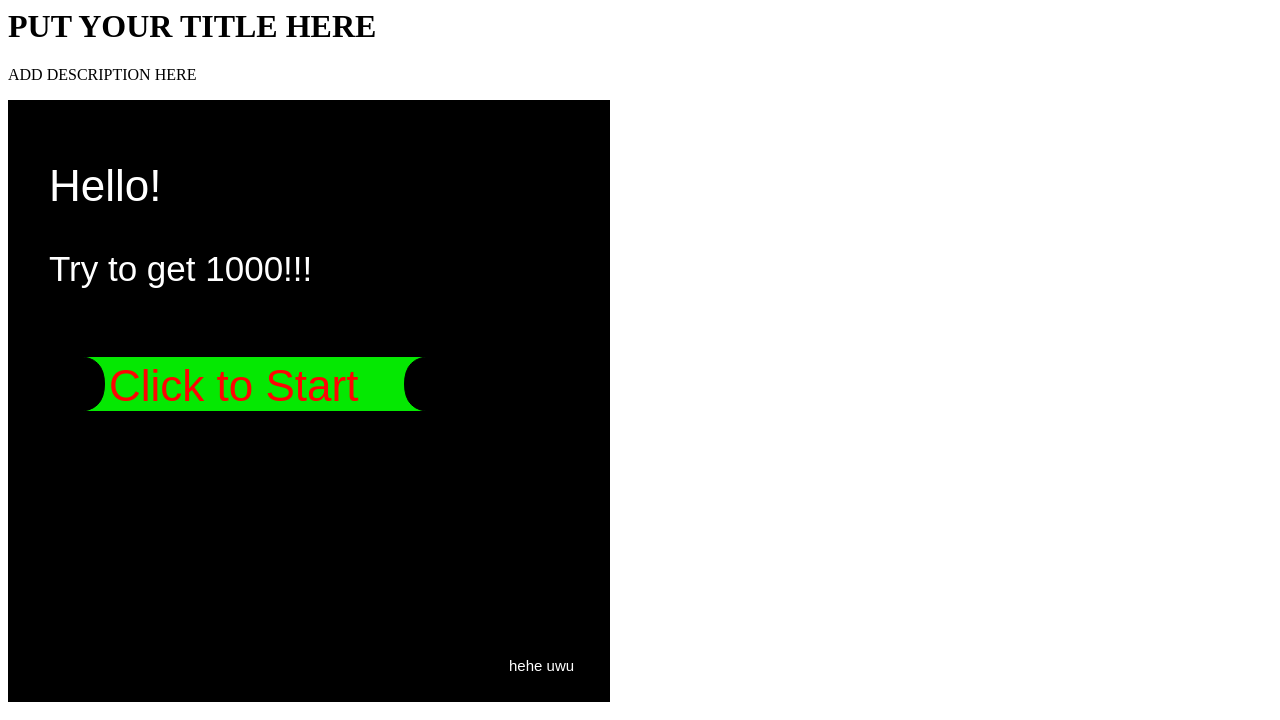
Repository: XiadaniSoriano/XiadaniSoriano.github.io
Page: ballgame.html
The author's editor kept a record of every edit. The page is drawn from the files as they stood at one moment, then again after the next edit.
The browser window is 1280 px wide. The pictures show the whole page.

Above is the page before.

After the next edit:
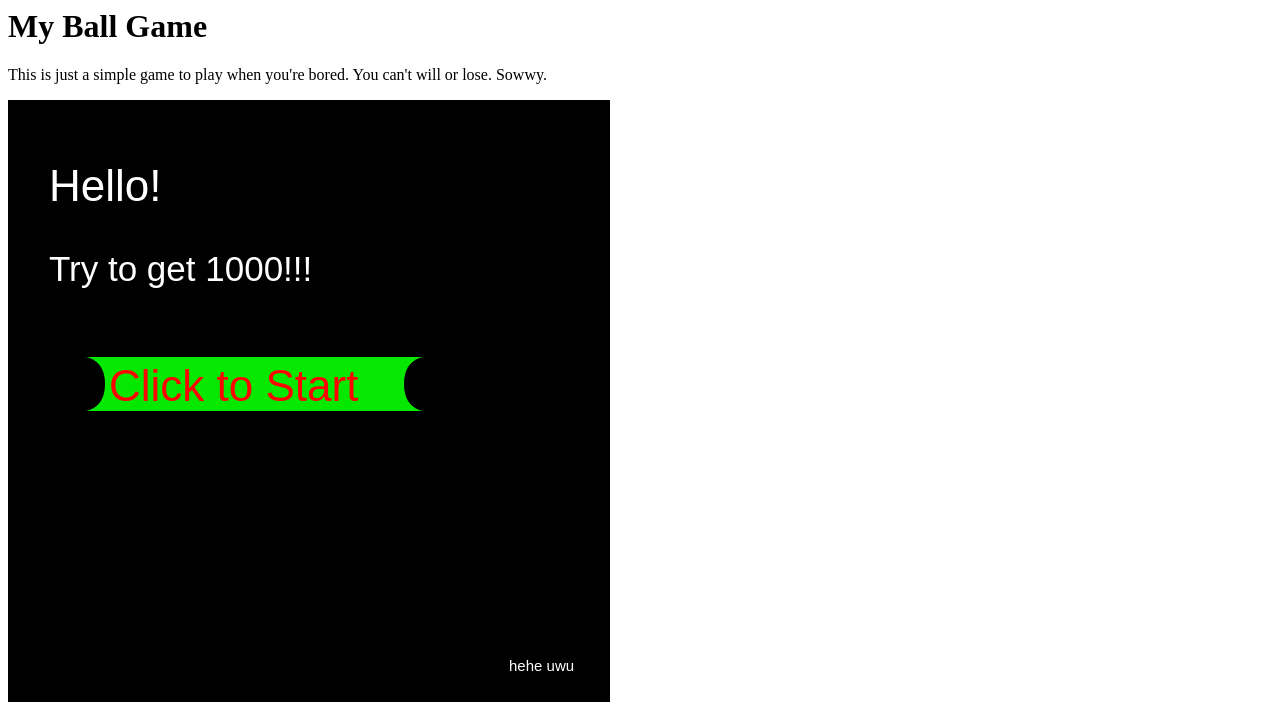
The edit:
--- a/ballgame.html
+++ b/ballgame.html
@@ -6,8 +6,8 @@
   </head>
 
   <body>
-    <h1>PUT YOUR TITLE HERE</h1>
-    <p>ADD DESCRIPTION HERE</p>
+    <h1>My Ball Game</h1>
+    <p>This is just a simple game to play when you're bored. You can't will or lose. Sowwy.</p>
 
     <script type="text/processing">
 
